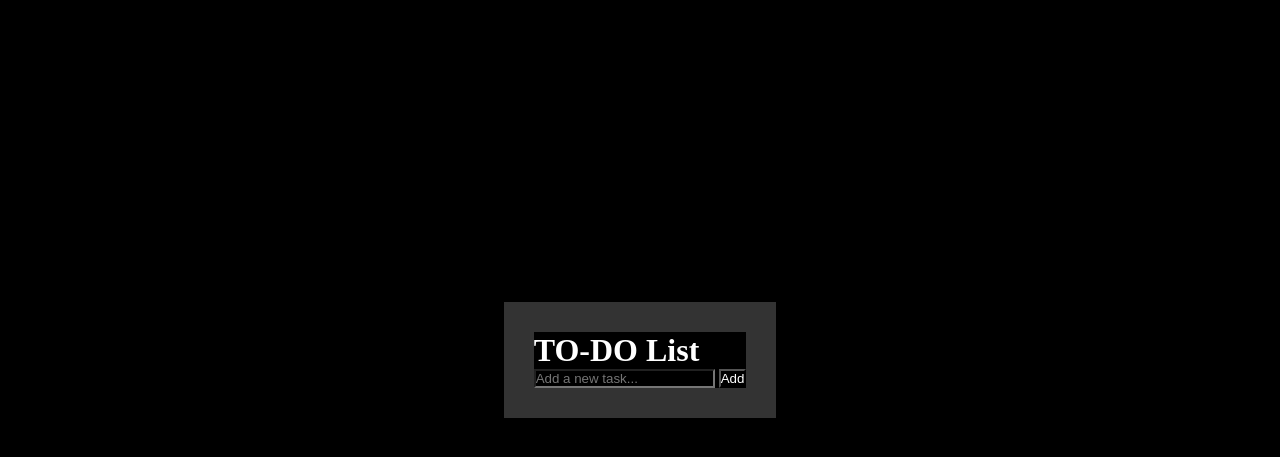
Repository: ksusmitha879-cyber/todo-list
Page: index.html
These files come from the project's save history. The page is drawn as it stood at one moment and after the next save; the edit follows.
The browser window is 1280 px wide. The pictures show the whole page.

Above is the page before, as saved 2025-11-28 02:25:33.

After the next save:
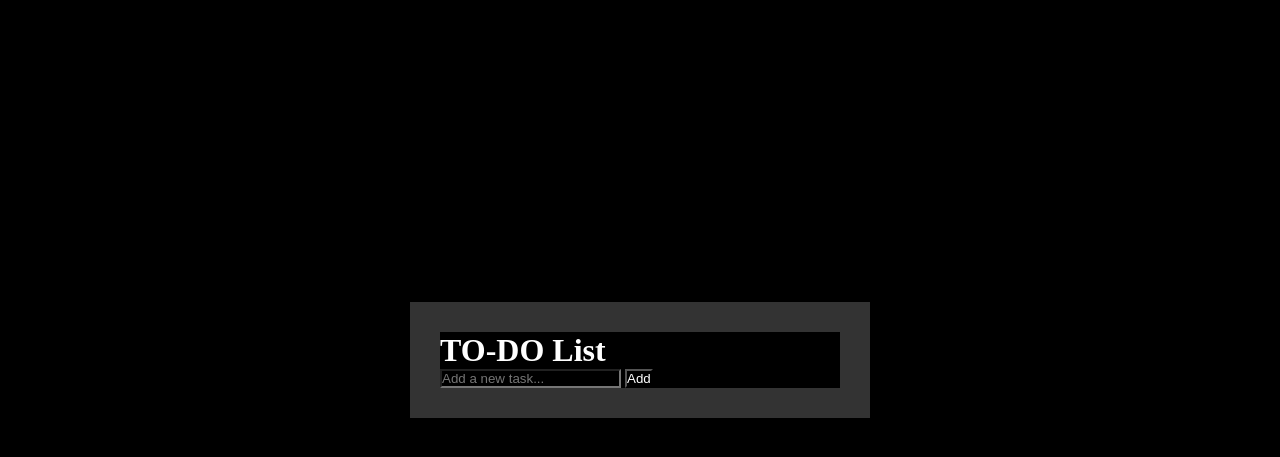
Saved 4 s later.
--- a/style.css
+++ b/style.css
@@ -13,5 +13,5 @@
 .container{
     padding: 30px;
     background-color: rgb(51, 51, 51);
-    width: 400;
+    width: 400px;
 }
